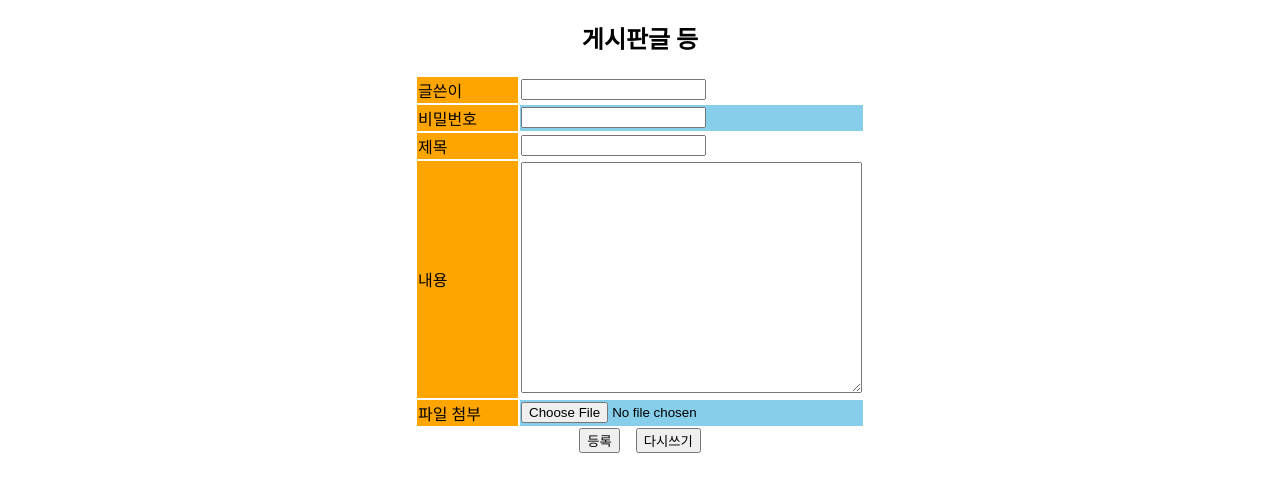
Repository: ReadStar/Jsp_MVC
Page: http://localhost/MVC_Board/board/qna_board_write.jsp
These files come from the project's save history. The page is drawn as it stood at one moment and after a run of saves; the edit follows.
The browser window is 1280 px wide. The pictures show the whole page.
The page is served by Tomcat 9. Other server files are loaded and not shown.

Above is the page before, as saved 2020-11-10 02:00:12.

### MVC_Board/WebContent/board/qna_board_write.jsp
<%@ page language="java" contentType="text/html; charset=UTF-8"
    pageEncoding="UTF-8"%>
<!DOCTYPE html>
<html>
<head>
<meta charset="UTF-8">
<title>MVC 게시판</title>
<style type="text/css">
#registForm{
width: 500px;
height: 610px;
border: 1px solid red;
margin: auto;
}

h2{
	text-align: center;
}

table{
	margin: auto;
	width: 450px;
}

.td_left{
	width: 150px;
	background: orange;
}

.td_right{
	width: 300px;
	background: skyblue;
}

#commandCell{
	text-align: center;
}
</style>
</head>
<body>
	<!-- 게시판 등록-->
	<section id="writeForm">
		<h2>게시판글 등</h2>
		<form action="BoardWritePro.bo" method="post"
			enctype="multipart/form=data" name="boardform">
			<table>
				<tr>
					<td class="td_left"><label for="board_name">글쓴이</label></td>
					<td class="te_right"><input type="text" name="board_name" id="board_name" required="required"/></td>
				</tr>
				<tr>
					<td class="td_left"><label for="board_pass">비밀번호</label></td>
					<td class="td_right"><input name="board_pass" type="password" id="board_pass" required="required"/></td>
				</tr>
				<tr>
					<td class="td_left"><label for="board_subject">제목</label></td>
					<td class="td_rifht"><input name="board_subject" type="text" id="board_subject" required="required"/></td>
				</tr>
				<tr>
					<td class="td_left"><label for="board_content">내용</label></td>
					<td><textarea id="board_content" name="board_content" cols="40" rows="15" required="required"></textarea></td>
				</tr>
				<tr>
					<td class="td_left"><label for="board_file">파일 첨부</label></td>
					<td class="td_right"><input name="board_file" type="file" id="board_file" required="required"/></td>
				</tr>
			</table>
			<section id="commandCell">
					<input type="submit" value="등록">&nbsp; &nbsp;
					<input type="reset" value="다시쓰기"/>
			</section>
			</form>
	</section>
	<!-- 게시판 등록 -->
</body>
</html>

After the next 2 saves:
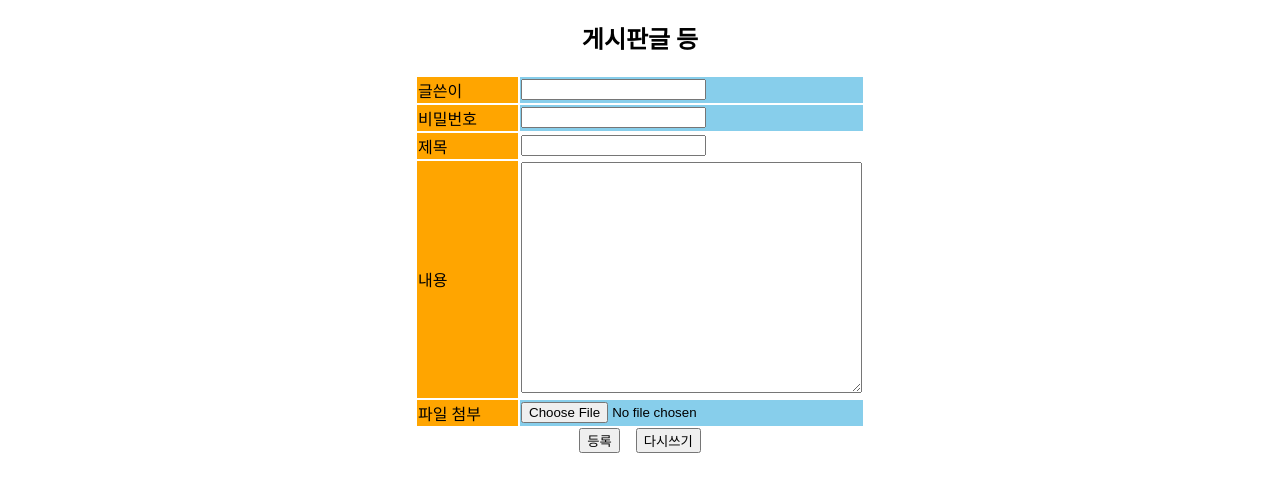
The 2 saves are shown as one change because they came seconds apart.
The last was saved 31 s later.
--- a/MVC_Board/WebContent/board/qna_board_write.jsp
+++ b/MVC_Board/WebContent/board/qna_board_write.jsp
@@ -46,7 +46,7 @@ table{
 			<table>
 				<tr>
 					<td class="td_left"><label for="board_name">글쓴이</label></td>
-					<td class="te_right"><input type="text" name="board_name" id="board_name" required="required"/></td>
+					<td class="td_right"><input type="text" name="board_name" id="board_name" required="required"/></td>
 				</tr>
 				<tr>
 					<td class="td_left"><label for="board_pass">비밀번호</label></td>
